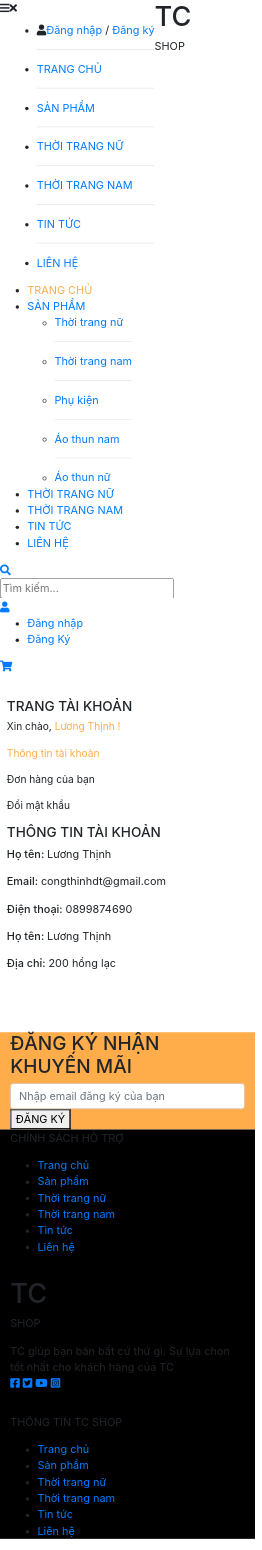
Repository: congthinh1701/TCshop
Page: ThongTinTaiKhoan.html
These files come from the project's save history. The page is drawn as it stood at one moment and after the next save; the edit follows.
The browser window is 375 px wide. The page is 385 px wide, so the pictures cover 385 px, including what lies to the right of the window. The pictures show the whole page, at 68% of full size.
The style sheet was rebuilt from its Sass, Less or Tailwind sources for each picture, by a compiler version that may differ from the author's.

Above is the page before, as saved 2021-09-08 17:35:34.

### ThongTinTaiKhoan.html
<!DOCTYPE html>
<html lang="en">
<head>
    <meta charset="UTF-8">
    <meta http-equiv="X-UA-Compatible" content="IE=edge">
    <meta name="viewport" content="width=device-width, initial-scale=1.0">
    <title>Document</title>
    <link rel="stylesheet" href="fontawesome-free-5.15.4-web/css/all.css">
    <link rel="stylesheet" href="sass/style.css">
</head>
<body>
    <div id="headerID"> <!-- your header --> </div>
    <div class="container admin">
        <div class="trang-tai-khoan">
            <h5>TRANG TÀI KHOẢN</h5>
            <div class="trang-tai-khoan-hello left ">
                <p>Xin chào, <span>Lương Thịnh !</span></p>
            </div>
            <div class="trang-tai-khoan-thong-tin left active">
                <p>Thông tin tài khoản</p>
            </div>
            <div class="trang-tai-khoan-hello left">
                <p>Đơn hàng của bạn</p>
            </div>
            <div class="trang-tai-khoan-hello left">
                <p>Đổi mật khẩu</p>
            </div>
        </div>
        <div class="thong-tin-tai-khoan">
            <h5>THÔNG TIN TÀI KHOẢN</h5>
            <div class="thong-tin-tai-khoan-name">
                <p><span>Họ tên: </span>Lương Thịnh</p>
                <p><span>Email: </span>congthinhdt@gmail.com</p>
                <p><span>Điện thoại: </span>0899874690</p>
                <p><span>Họ tên: </span>Lương Thịnh</p>
                <p><span>Địa chỉ: </span>200 hồng lạc</p>
            </div>
        </div>
    </div>
    <div id="footerID"> <!-- your header --> </div>
    <script src="https://cdnjs.cloudflare.com/ajax/libs/jquery/3.6.0/jquery.min.js" integrity="sha512-894YE6QWD5I59HgZOGReFYm4dnWc1Qt5NtvYSaNcOP+u1T9qYdvdihz0PPSiiqn/+/3e7Jo4EaG7TubfWGUrMQ==" crossorigin="anonymous" referrerpolicy="no-referrer"></script>
    <script>
        $("#headerID").load("header.html");
        $("#footerID").load("footer.html");
      </script>
</body>
</html>

### header.html
<!DOCTYPE html>
<html lang="en">
<head>
    <meta charset="UTF-8">
    <meta http-equiv="X-UA-Compatible" content="IE=edge">
    <meta name="viewport" content="width=device-width, initial-scale=1.0">
    <title>Document</title>
    <link rel="stylesheet" href="assets/css/style.css">
    <link rel="stylesheet" href="assets/css/base.css">
    <link rel="stylesheet" href="fontawesome-free-5.15.4-web/css/all.css">
    <link rel="stylesheet" href="https://maxcdn.bootstrapcdn.com/bootstrap/4.1.3/css/bootstrap.min.css">
    <script src="https://maxcdn.bootstrapcdn.com/bootstrap/4.1.3/js/bootstrap.min.js"></script>
</head>
<body>
    <div class="container-lg">
        <div class="nav">
            <label for="nav-mobile-input" class="nav_bars-btn">
                <i class="fas fa-bars"></i>
            </label>

            <input hidden type="checkbox" name="" class="nav_input" id="nav-mobile-input">
            <label for="nav-mobile-input" class="nav_overlay"></label>
            <nav class="nav-mobile">
                <label for="nav-mobile-input" class="nav__mobile-close">
                    <i class="fas fa-times"></i>
                </label>
                <ul class="nav__mobile-list">

                    <li class="nav__mobile-list-user">

                        <p><i class="fas fa-user"></i><a href="#">Đăng nhập</a> <span>/</span> <a href="#">Đăng ký</a>
                        </p>
                    </li>
                    <hr>
                    <li>
                        <a href="" class="nav__mobile-link">TRANG CHỦ</a>
                    </li>
                    <hr>
                    <li>
                        <a href="" class="nav__mobile-link">SẢN PHẨM</a>
                    </li>
                    <hr>
                    <li>
                        <a href="" class="nav__mobile-link">THỜI TRANG NỮ</a>
                    </li>
                    <hr>
                    <li>
                        <a href="" class="nav__mobile-link">THỜI TRANG NAM</a>
                    </li>
                    <hr>
                    <li>
                        <a href="" class="nav__mobile-link">TIN TỨC</a>
                    </li>
                    <hr>
                    <li>
                        <a href="" class="nav__mobile-link">LIÊN HỆ</a>
                    </li>
                </ul>
            </nav>
            <div class="nav-logo">
                <h1>TC</h1>
                <p>SHOP</p>
            </div>
            <nav class="nav-pc">
                <ul class="nav__list">
                    <li>
                        <a style="color:#ffac4b" href="home.html" class="nav__link">TRANG CHỦ</a>
                    </li>
                    <li class="options">
                        <a href="" class="nav__link">SẢN PHẨM</a>
                        <div class="nav__link-options">
                            <ul class="nav__link-options-list">
                                <li><a href="#">Thời trang nữ</a></li>
                                <hr>
                                <li><a href="#">Thời trang nam</a></li>
                                <hr>
                                <li><a href="#">Phụ kiện</a></li>
                                <hr>
                                <li><a href="#">Áo thun nam</a></li>
                                <hr>
                                <li><a href="#">Áo thun nữ</a></li>
                            </ul>
                        </div>
                    </li>
                    <li>
                        <a href="" class="nav__link">THỜI TRANG NỮ</a>
                    </li>
                    <li>
                        <a href="" class="nav__link">THỜI TRANG NAM</a>
                    </li>
                    <li>
                        <a href="" class="nav__link">TIN TỨC</a>
                    </li>
                    <li>
                        <a href="" class="nav__link">LIÊN HỆ</a>
                    </li>
                </ul>
            </nav>
            <div class="nav-right">
                <div class="search">
                    <a href="#"><i class="fas fa-search"></i></a>
                    <div class="search-hover">
                        <form>
                            <input class="search" type="text" name="search" placeholder="Tìm kiếm..." />
                        </form>
                    </div>
                </div>
                <div class="user">
                    <a href="#"> <i class="fas fa-user"></i></a>
                    <div class="user-hover">
                        <ul class="user-hover-list">
                            <li class="nav_link"><a href="#">Đăng nhập</a></li>
                            <li><a href="#">Đăng Ký</a></li>
                        </ul>
                    </div>
                </div>
                <div class="shopping">
                    <a href="card.html"><i class="fas fa-shopping-cart"></i></a>

                </div>
            </div>


        </div>
    </div>
</body>
</html>

### footer.html
<!DOCTYPE html>
<html lang="en">
<head>
    <meta charset="UTF-8">
    <meta http-equiv="X-UA-Compatible" content="IE=edge">
    <meta name="viewport" content="width=device-width, initial-scale=1.0">
    <title>Document</title>
    <link rel="stylesheet" href="assets/css/style.css">
    <link rel="stylesheet" href="assets/css/base.css">
    <link rel="stylesheet" href="fontawesome-free-5.15.4-web/css/all.css">
    <link rel="stylesheet" href="https://maxcdn.bootstrapcdn.com/bootstrap/4.1.3/css/bootstrap.min.css">
    <script src="https://maxcdn.bootstrapcdn.com/bootstrap/4.1.3/js/bootstrap.min.js"></script>
</head>
<body>
    <div class="container-lg" style="background-color: #ffac4b; margin-top: 50px;">
        <div class="container dangky">
            <div class="dangky-left">
                <h3>ĐĂNG KÝ NHẬN KHUYẾN MÃI</h3>
            </div>
            <div class="dangky-right">
                <form>
                    <input class="form-control" type="text" placeholder="Nhập email đăng ký của bạn">
                    <button type="button">ĐĂNG KÝ</button>
                </form>
            </div>
        </div>
    </div>

    <div class="container-lg" style="background-color: black">
        <div class="container footer">
            <div class="chinhsach-hotro">
                <p class="header">CHÍNH SÁCH HỖ TRỢ</p>
                <ul class="nav-list">
                    <li class="nav_link"><a href="#">Trang chủ</a></li>
                    <li class="nav_link"><a href="#">Sản phẩm</a></li>
                    <li class="nav_link"><a href="#">Thời trang nữ</a></li>
                    <li class="nav_link"><a href="#">Thời trang nam</a></li>
                    <li class="nav_link"><a href="#">Tin tức</a></li>
                    <li class="nav_link"><a href="#">Liên hệ</a></li>
                </ul>
            </div>
            <hr>
            <div class="ketnoi-shop">
                <h1>TC</h1>
                <p>SHOP</p>
                <span>TC giúp bạn bán bất cứ thứ gì. Sự lựa chọn tốt nhất cho khách hàng của TC</span>
                <div class="mangxahoi">
                    <a href="#"><i class="fab fa-facebook-square"></i></a>
                    <a href="#"><i class="fab fa-twitter-square"></i></a>
                    <a href="#"><i class="fab fa-youtube"></i></a>
                    <a href="#"><i class="fab fa-instagram-square"></i></a>
                </div>
            </div>
            <hr>
            <div class="thongtin-shop">
                <p class="header">THÔNG TIN TC SHOP</p>
                <ul class="nav-list">
                    <li class="nav_link"><a href="#">Trang chủ</a></li>
                    <li class="nav_link"><a href="#">Sản phẩm</a></li>
                    <li class="nav_link"><a href="#">Thời trang nữ</a></li>
                    <li class="nav_link"><a href="#">Thời trang nam</a></li>
                    <li class="nav_link"><a href="#">Tin tức</a></li>
                    <li class="nav_link"><a href="#">Liên hệ</a></li>
                </ul>
            </div>
        </div>
    </div>
</body>
</html>

### assets/css/base.css
:root{
    --primary-color:#EE4D2D;
    --primary-color-rgba:rgb(238,75,43);
    --white-color:#fff;
    --black-color:#000;
    --text-color:#333333;
    --font-weight:700;
    --font-size-product:19px;
    --font-weight-product:400;
    --font-size-price:18px;
    --header-height:120px;
    --navbar-height:34px;
    --header-with-search-height:calc(var(var(--header-height)-var(var(--navbar-height))))

}

### sass/style.scss

$text-fontSize:17px;
$text-fontSizeTK:19px;
$fontWeight:500;

.admin{
    display:flex;
    --columns:2;
    margin-top: 50px;
    @media (max-width: 923px) {
        --columns:1;
        display:unset;
        margin-top: 40px;
        .trang-tai-khoan{
            width: calc(100% / var(--columns));
            margin: 50px;
        }
        .thong-tin-tai-khoan{
            width: calc(100% / var(--columns));
            margin: 50px;
        }
    }
    @media (max-width: 623px) {
        .trang-tai-khoan{
            width: calc(100% / var(--columns));
            margin: 10px;
            p{
                font-size: 15px;
            }
            &-thong-tin{
                margin-top:15px
            }
        }
        .thong-tin-tai-khoan{
            width: calc(100% / var(--columns));
            margin: 10px;
            p{
                font-size: 16px;
            }
        }

    }
}
.trang-tai-khoan{
    width: calc(100% / var(--columns) - 20%);
    p{
        font-size: $text-fontSize;
        &:hover{
            color: #ffac4b;
        }
        span{
            color: #ffac4b;
        }
    }
    &-thong-tin{
        margin-top:25px
    }
    .active {
        color: #ffac4b;
    }
}
.thong-tin-tai-khoan{
    width: calc(100% / var(--columns) + 20%);
    p{
        font-size: $text-fontSizeTK;
        span{
            font-weight: $fontWeight;
        }
    }
}

Loaded but not shown: fontawesome-free-5.15.4-web/css/all.css (library)

After the next save:
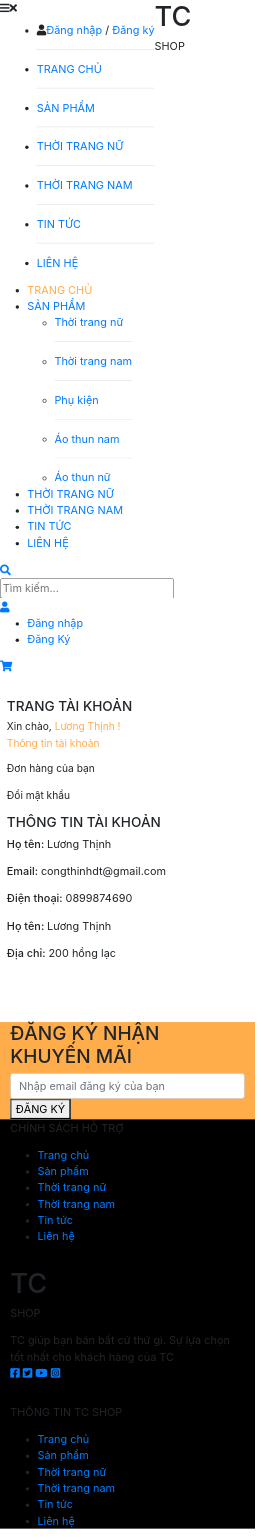
Saved 9 s later.
--- a/sass/style.scss
+++ b/sass/style.scss
@@ -28,7 +28,7 @@
                 font-size: 15px;
             }
             &-thong-tin{
-                margin-top:15px
+                margin-top:-15px
             }
         }
         .thong-tin-tai-khoan{

After the save that followed:
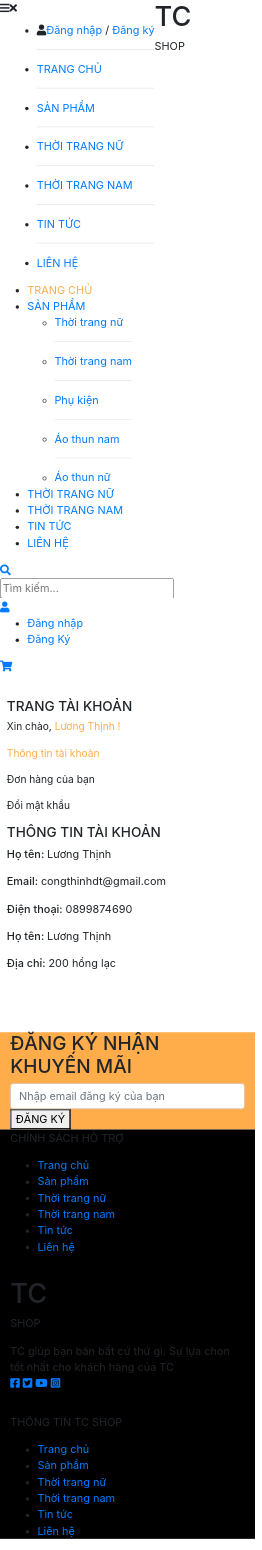
Saved 26 s later.
--- a/sass/style.scss
+++ b/sass/style.scss
@@ -28,7 +28,7 @@
                 font-size: 15px;
             }
             &-thong-tin{
-                margin-top:-15px
+                margin-top:15px
             }
         }
         .thong-tin-tai-khoan{
